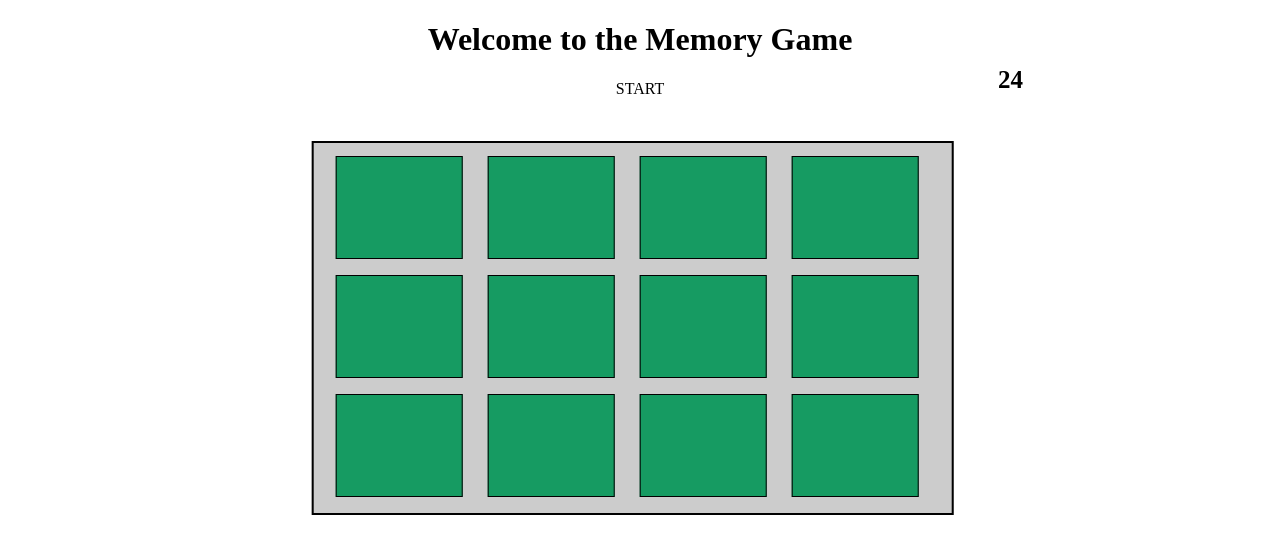
Repository: Code-Institute-Submissions/InteractiveMilestoneProject
Page: index.html
The author's editor kept a record of every edit. The page is drawn from the files as they stood at one moment, then again after the next edit.
The browser window is 1280 px wide. The pictures show the whole page.
After loading, the first visible `#start` was clicked once.

Above is the page before.

After the next edit:
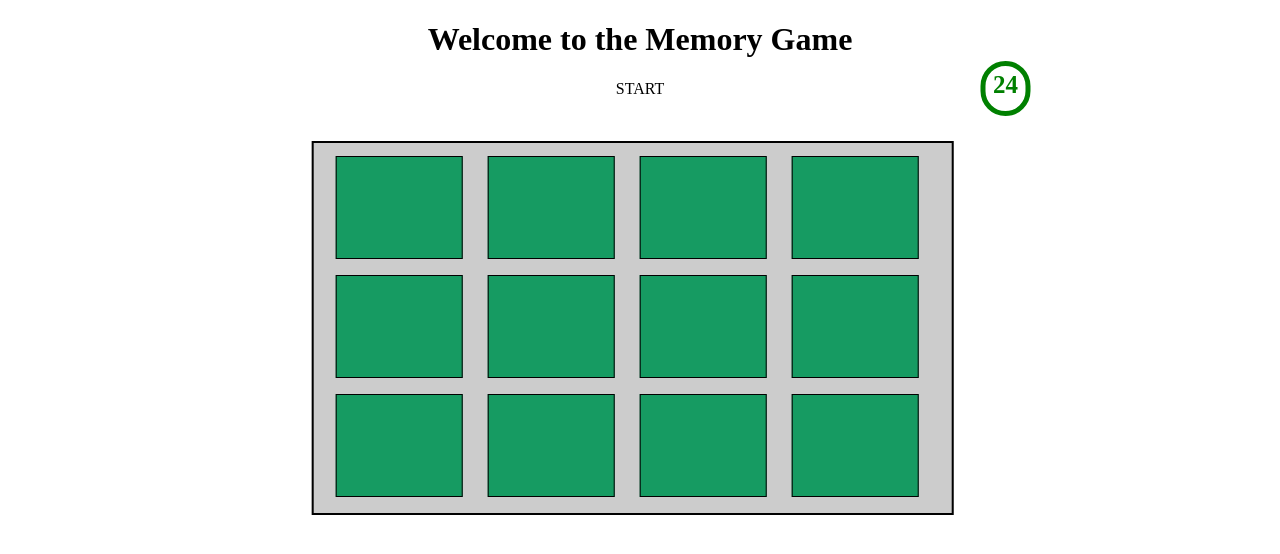
The edit:
--- a/css/style.css
+++ b/css/style.css
@@ -48,6 +48,21 @@
      border-radius: 50px;
      padding-top: 5px;
 
+ }
+
+ .green {
+     color: green;
+     border: 5px solid green;
+ }
+
+ .yellow {
+     color: orange;
+     border: 5px solid orange;
+ }
+
+ .red {
+     color: red;
+     border: 5px solid red;
  }
 
 
